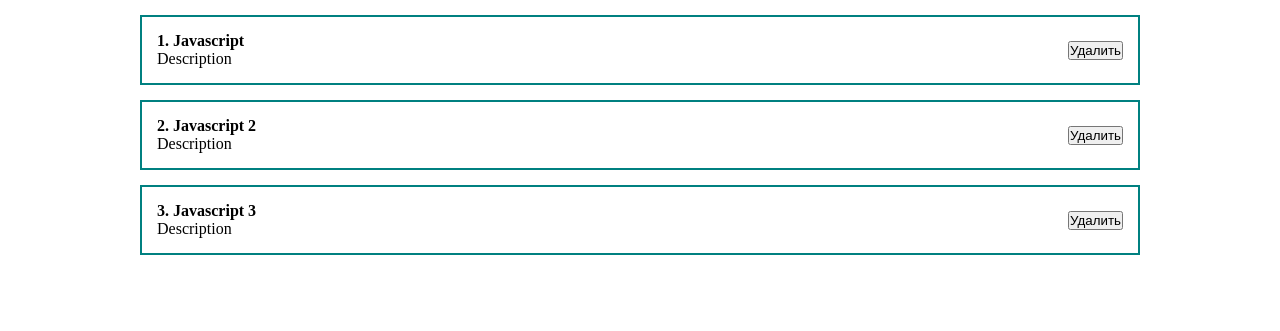
Repository: otvertka/ulb
Page: /
The author's editor kept a copy of each file at every save. The page is drawn from the files as they stood at one save, then again after the next save.
The browser window is 1280 px wide. The pictures show the whole page.
The project was rebuilt for these pictures with package versions that can differ from the ones it lists, and the page was loaded fresh each time. Also part of the build but not shown: src/components/Counter.jsx, src/components/ClassCounter.jsx.

Above is the page before, as saved 2023-06-10 12:50:59.

After the next save:
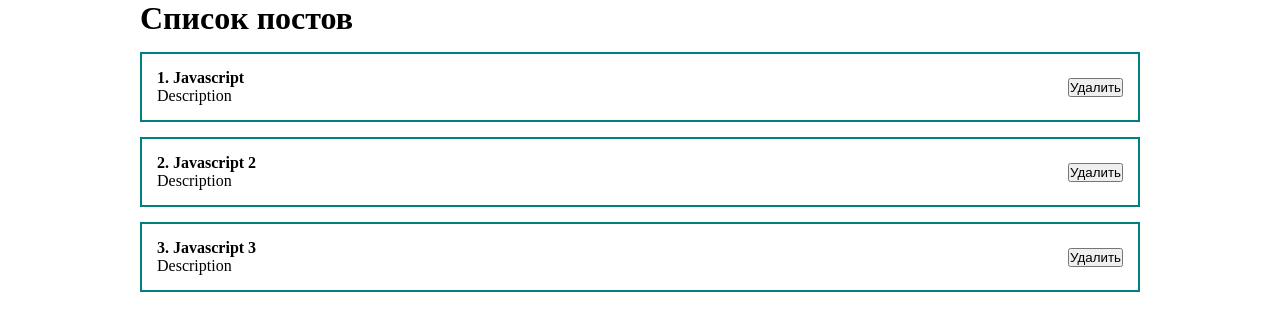
Saved 97 s later.
--- a/src/App.js
+++ b/src/App.js
@@ -13,6 +13,7 @@ function App() {
   // импортируем компонент Counter
   return (
     <div className="App">
+      <h1>Список постов</h1>
       {posts.map((post) => (
         <PostItem post={post} key={post.id} />
       ))}
